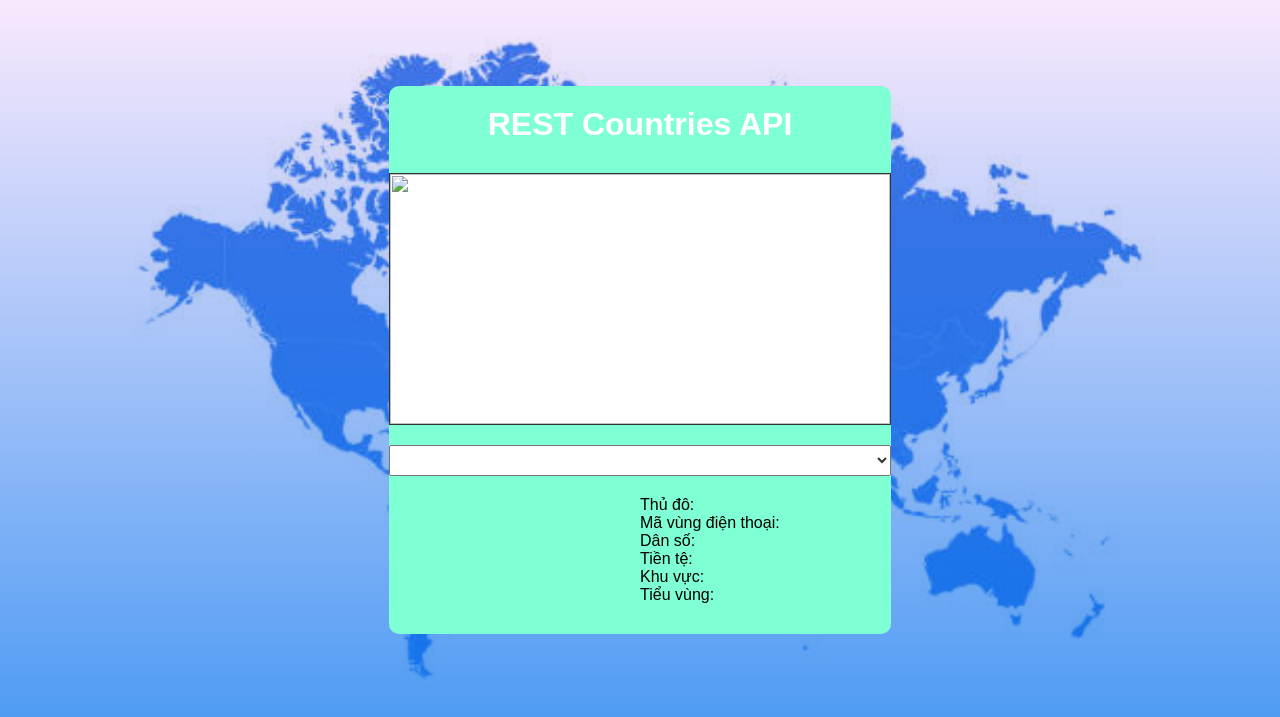
Repository: KhoaTran204/Rest-countries-api-app
Page: index.html
The author's editor kept a copy of each file at every save. The page is drawn from the files as they stood at one save, then again after the next save.
The browser window is 1280 px wide. The pictures show the whole page.
The page's requests for data from a server got no answer.

Above is the page before, as saved 2024-04-14 08:50:15.

After the next save:
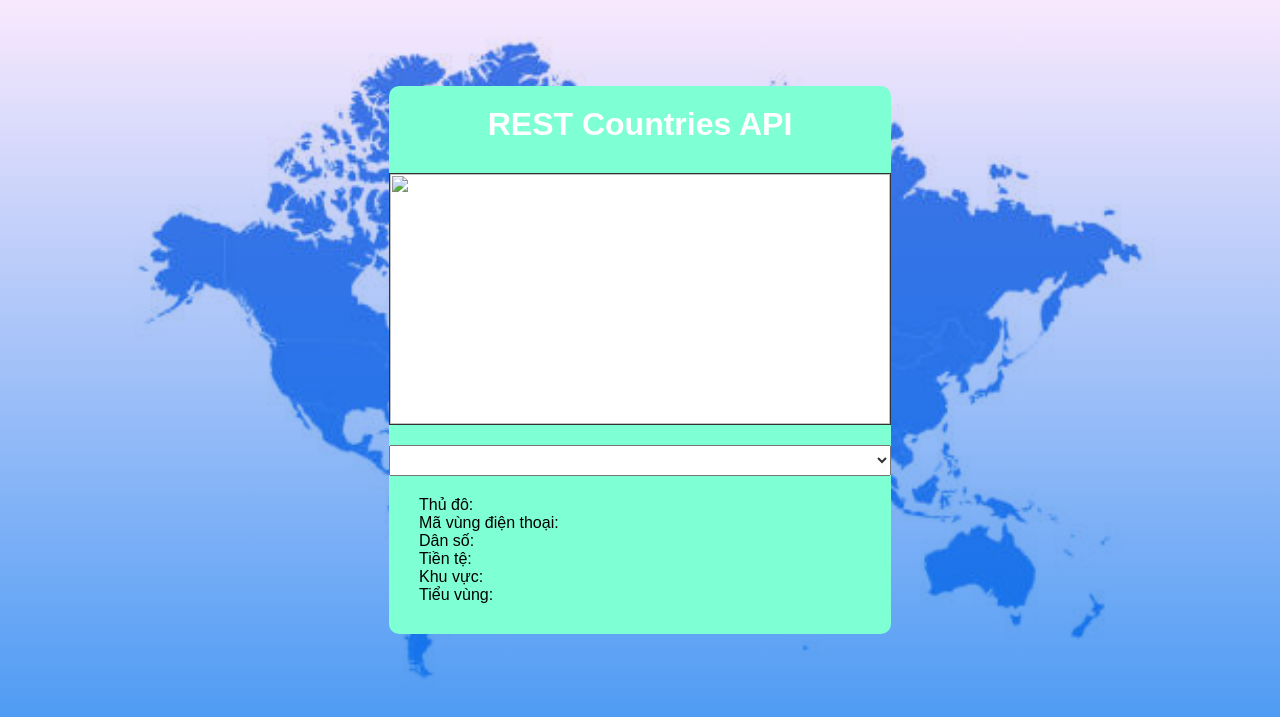
Saved 9 s later.
--- a/style.css
+++ b/style.css
@@ -69,5 +69,5 @@ body {
   text-align-last: center;
 }
 .info {
-  margin-left: 50%;
+  margin-left: 30px;
 }
